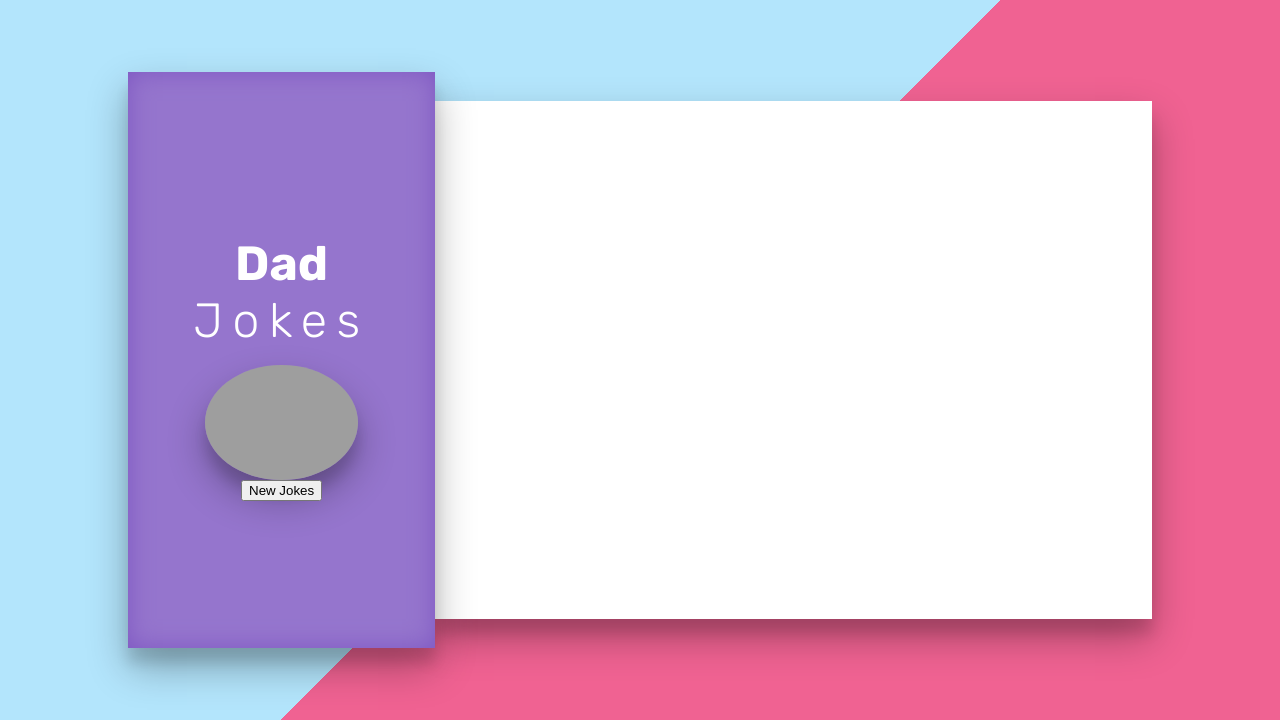
Repository: zhapar/dad-jokes
Page: /
The author's editor kept a copy of each file at every save. The page is drawn from the files as they stood at one save, then again after the next save.
The browser window is 1280 px wide. The pictures show the whole page.
Pictures or frames that could not be fetched are drawn as grey boxes. The page's requests for data from a server got no answer. The project was rebuilt for these pictures with package versions that can differ from the ones it lists, and the page was loaded fresh each time. No one was signed in, and anything a server would have sent is missing. Also part of the build but not shown: src/Joke.css, src/Joke.js.

Above is the page before, as saved 2020-08-30 15:30:51.

### src/App.js
import React from "react";
import JokeList from "./JokeList";
import "./App.css";

function App() {
  return (
    <div className="App">
      <JokeList />
    </div>
  );
}

export default App;

### src/JokeList.js
import React, { Component } from "react";
import Joke from "./Joke";
import axios from "axios";
import { v4 as uuid } from "uuid";
import "./JokeList.css";

class JokeList extends Component {
  static defaultProps = {
    numJokesToGet: 10,
  };

  constructor(props) {
    super(props);
    this.state = {
      loading: false,
      jokes: JSON.parse(window.localStorage.getItem("jokes") || "[]"),
    };
    this.seenJokes = new Set(this.state.jokes.map((j) => j.text));
    this.handleClick = this.handleClick.bind(this);
  }

  componentDidMount() {
    if (this.state.jokes.length === 0) {
      this.getJokes();
    }
  }

  async getJokes() {
    try {
      let jokes = [];
      while (jokes.length < this.props.numJokesToGet) {
        let res = await axios.get("https://icanhazdadjoke.com/", {
          headers: { Accept: "application/json" },
        });
        const newJoke = res.data.joke;
        if (!this.seenJokes.has(newJoke)) {
          jokes.push({ id: uuid(), text: newJoke, votes: 0 });
        } else {
          console.log(`It's duplicate: ${newJoke}`);
        }
      }
      this.setState(
        (st) => ({
          loading: false,
          jokes: [...st.jokes, ...jokes],
        }),
        () => {
          window.localStorage.setItem(
            "jokes",
            JSON.stringify(this.state.jokes)
          );
        }
      );
    } catch (e) {
      alert(e);
    }
  }

  handleVote(id, delta) {
    this.setState(
      (st) => ({
        jokes: st.jokes.map((j) =>
          j.id === id ? { ...j, votes: j.votes + delta } : j
        ),
      }),
      () => {
        window.localStorage.setItem("jokes", JSON.stringify(this.state.jokes));
      }
    );
  }

  handleClick() {
    this.setState({ loading: true }, this.getJokes);
  }

  render() {
    if (this.state.loading) {
      return (
        <div className="JokeList-spinner">
          <i className="far fa-laugh fa-8x fa-spin"></i>
          <h1 className="JokeList-title">Loading...</h1>
        </div>
      );
    }
    let jokes = this.state.jokes.sort((a, b) => b.votes - a.votes);
    return (
      <div className="JokeList">
        <div className="JokeList-sidebar">
          <h1 className="JokeList-title">
            <span>Dad</span> Jokes
          </h1>
          <img
            src="https://assets.dryicons.com/uploads/icon/svg/8927/0eb14c71-38f2-433a-bfc8-23d9c99b3647.svg"
            alt="Smiling"
          />
          <button className="JokeList-getmore" onClick={this.handleClick}>
            New Jokes
          </button>
        </div>
        <div className="JokeList-jokes">
          {jokes.map((j) => (
            <Joke
              key={j.id}
              text={j.text}
              votes={j.votes}
              upvote={() => this.handleVote(j.id, 1)}
              downvote={() => this.handleVote(j.id, -1)}
            />
          ))}
        </div>
      </div>
    );
  }
}

export default JokeList;

### src/App.css
@import url('https://fonts.googleapis.com/css2?family=Rubik:wght@300;400;700&display=swap');

.App {
  display: flex;
  justify-content: center;
  align-items: center;
  height: 100vh;
  font-family: 'Rubik', sans-serif;
  color: #78909c;
  background: linear-gradient(135deg,
      rgba(179, 229, 252, 1) 0%,
      rgba(179, 229, 252, 1) 50%,
      rgba(240, 98, 146, 1) 50%,
      rgba(240, 98, 146, 1) 100%);
}

### src/JokeList.css
.JokeList {
  display: flex;
  width: 80%;
  height: 80%;
}

.JokeList-sidebar {
  background-color: #9575cd;
  display: flex;
  flex-direction: column;
  justify-content: center;
  align-items: center;
  width: 30%;
  text-align: center;
  box-shadow: 0 19px 38px rgba(0, 0, 0, .3), 0 15px 12px rgba(0, 0, 0, .1), inset 0 0 25px #7e57c2;
  z-index: 1;
}

.JokeList-title {
  font-size: 3rem;
  margin: 1rem;
  color: #ffffff;
  font-weight: 300;
  letter-spacing: 0.6rem;
}

.JokeList-title span {
  font-weight: 700;
  letter-spacing: 0;
}

.JokeList-sidebar img {
  width: 50%;
  box-shadow: 0 19px 38px rgba(0, 0, 0, 0.3), 0 15px 12px rgba(0, 0, 0, 0.1);
  border-radius: 50%;
}

.JokeList-jokes {
  height: 90%;
  background: #ffffff;
  align-self: center;
  width: 70%;
  overflow-y: scroll;
  box-shadow: 0 19px 38px rgba(0, 0, 0, 0.3), 0 15px 12px rgba(0, 0, 0, 0.1);
}

.JokeList-spinner {
  color: #fff;
  text-align: center;
}

Loaded but not shown: src/index.js (common file); src/index.css (common file); src/serviceWorker.js (common file)

After the next save:
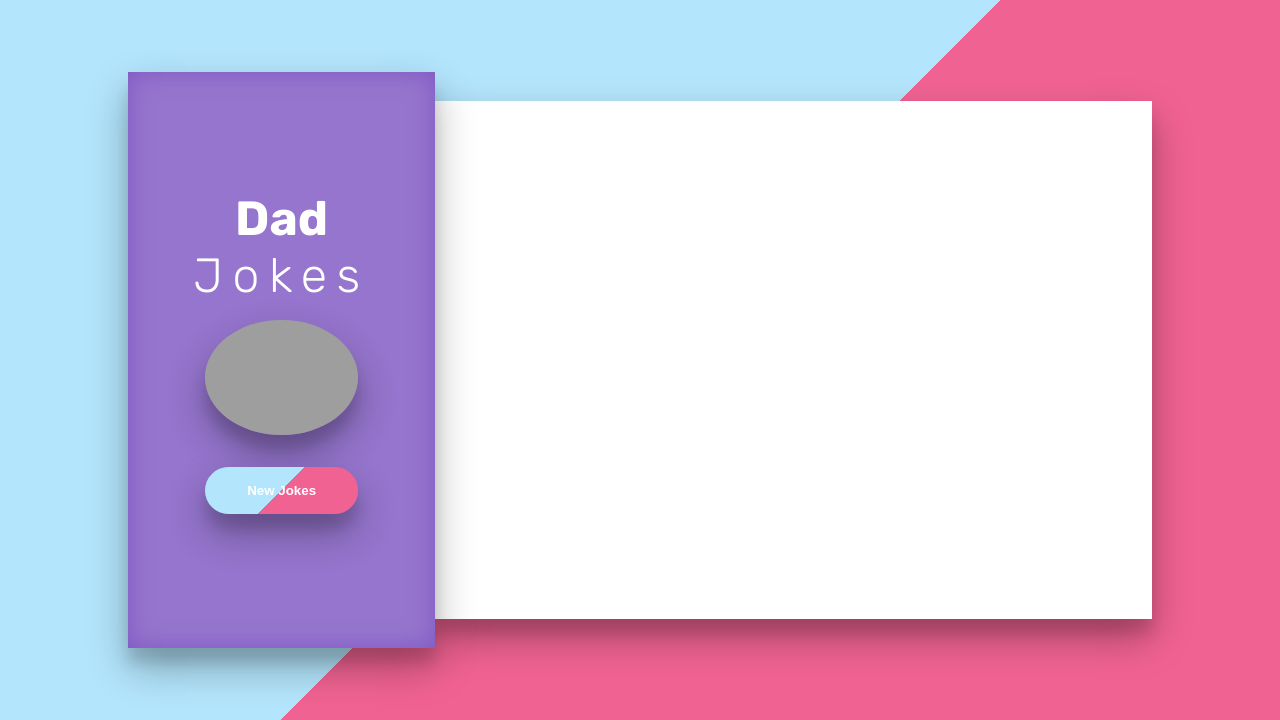
Saved 13 min 47 s later.
--- a/src/JokeList.css
+++ b/src/JokeList.css
@@ -48,3 +48,21 @@
   color: #fff;
   text-align: center;
 }
+
+.JokeList-getmore {
+  width: 50%;
+  font-style: 1.2rem;
+  margin: 2rem;
+  padding: 1rem 2rem;
+  border-radius: 2rem;
+  border: none;
+  outline: none;
+  color: #ffffff;
+  font-weight: 700;
+  box-shadow: 0 19px 38px rgba(0, 0, 0, 0.3), 0 15px 12px rgba(0, 0, 0, 0.1);
+  background: linear-gradient(135deg,
+      rgba(179, 229, 252, 1) 0%,
+      rgba(179, 229, 252, 1) 50%,
+      rgba(240, 98, 146, 1) 50%,
+      rgba(240, 98, 146, 1) 100%);
+}
